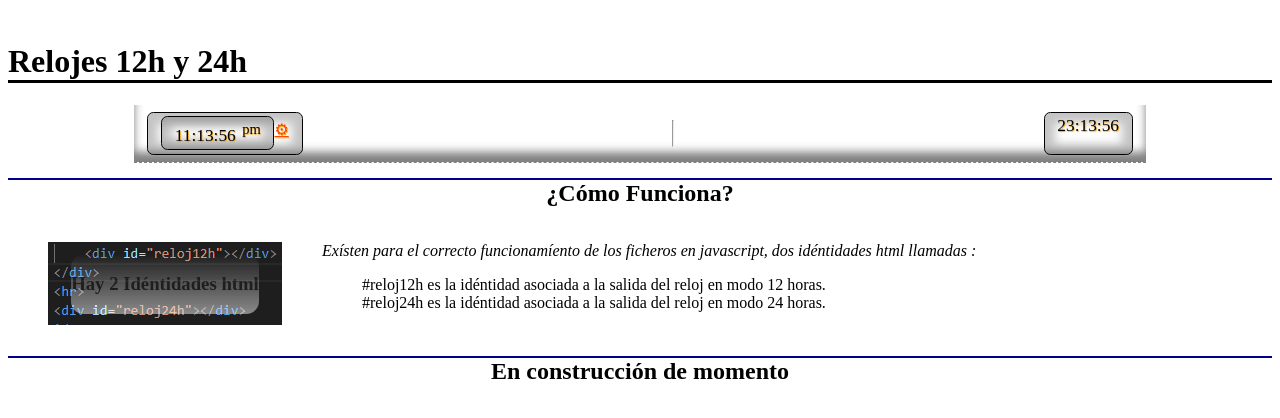
Repository: marcostonfor/clocks
Page: index.html
The author's editor kept a copy of each file at every save. The page is drawn from the files as they stood at one save, then again after the next save.
The browser window is 1280 px wide. The pictures show the whole page.

Above is the page before, as saved 2024-09-18 23:15:15.

After the next save:
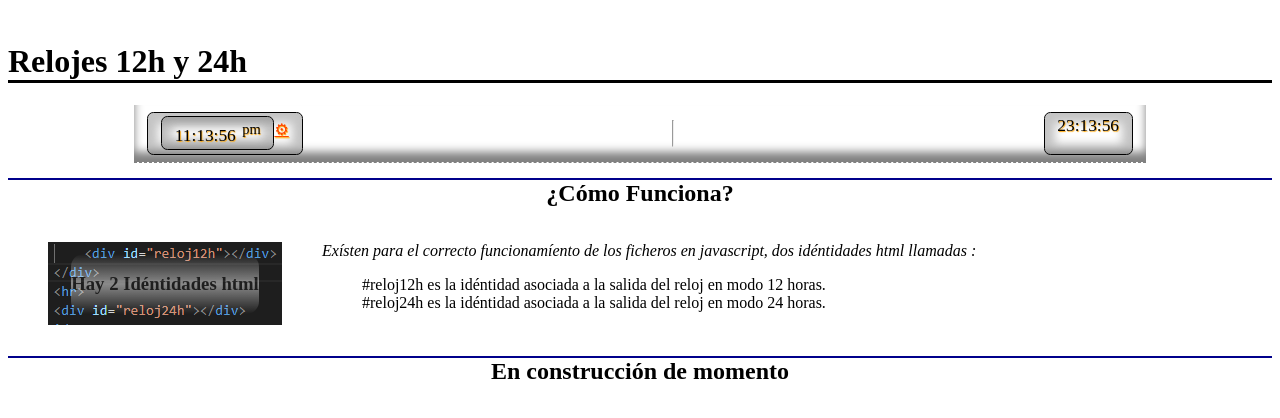
Saved 13 s later.
--- a/index.html
+++ b/index.html
@@ -58,7 +58,7 @@
         .conFoto figure figcaption {
             position: absolute;
             border-radius: 1vw;
-            background-image:  repeating-linear-gradient(0deg, hsla(0, 0%, 96%, 0.5), transparent);
+            background-image:  repeating-linear-gradient(0deg, transparent, hsla(0, 0%, 96%, 0.5), transparent);
             mix-blend-mode: screen;
         }
     </style>
